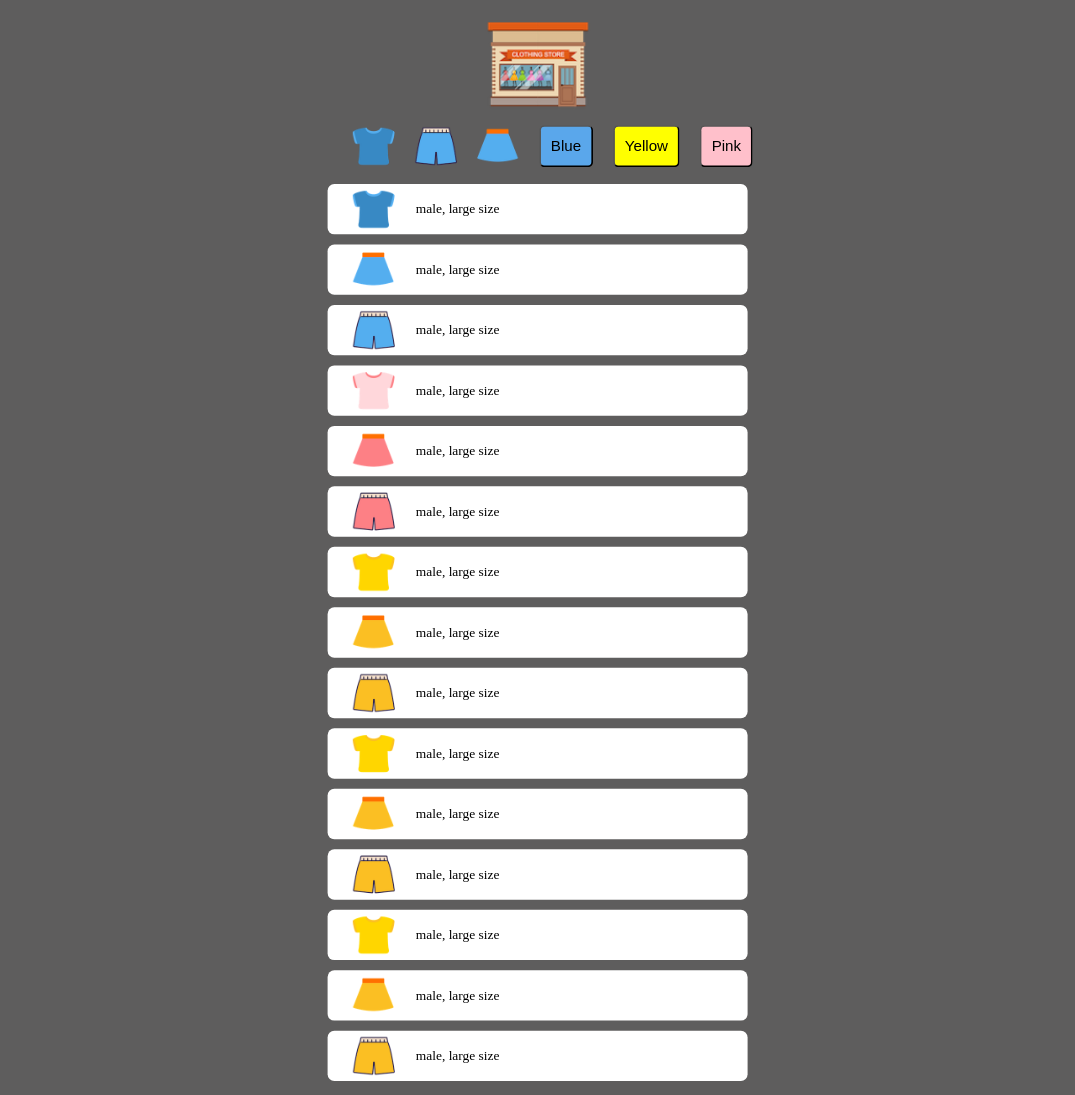
Repository: keehoonjung/Shoppingmall-Game
Page: index.html
The author's editor kept a copy of each file at every save. The page is drawn from the files as they stood at one save, then again after the next save.
The browser window is 1280 px wide. The pictures show the whole page, at 84% of full size.

Above is the page before, as saved 2021-08-12 14:48:38.

### index.html
<!DOCTYPE html>
<html lang="en">
<head>
    <meta charset="UTF-8">
    <meta http-equiv="X-UA-Compatible" content="IE=edge">
    <meta name="viewport" content="width=device-width, initial-scale=1.0">
    <title>Shoppingamll Game</title>
    <link rel="stylesheet" href="style.css">
    <script src="main.js" defer></script>
</head>
<body>
    <header>
        <img src="./imgs/logo.png" alt="header" class="header__logo">
    </header>
    <ul class="filter">
        <li class="filter__btn">
            <img src="./imgs/blue_t.png" alt="shirt" class="shirt">
        </li>
        <li class="filter__btn">
            <img src="./imgs/blue_p.png" alt="pants" class="pants">
        </li>
        <li class="filter__btn">
            <img src="./imgs/blue_s.png" alt="" class="skirt">
        </li>
        <li class="filter__btn">
            <button class="blue">
                Blue
            </button>
        </li>
        <li class="filter__btn">
            <button class="yellow">
                Yellow
            </button>
        </li>
        <li class="filter__btn">
            <button class="pink">
                Pink
            </button>
        </li>
    </ul>
    <ul class="items">
        <li class="item visible" data-type="shirt" data-color="blue">
            <img src="./imgs/blue_t.png" alt="blueshirt">
            <span>male, large size</span>
        </li>
        <li class="item visible" data-type="skirt" data-color="blue">
            <img src="./imgs/blue_s.png" alt="blueshirt">
            <span>male, large size</span>
        </li>
        <li class="item visible" data-type="pants" data-color="blue">
            <img src="./imgs/blue_p.png" alt="blueshirt">
            <span>male, large size</span>
        </li>
        <li class="item visible" data-type="shirt" data-color="pink">
            <img src="./imgs/pink_t.png" alt="blueshirt">
            <span>male, large size</span>
        </li>
        <li class="item visible" data-type="skirt" data-color="pink">
            <img src="./imgs/pink_s.png" alt="blueshirt">
            <span>male, large size</span>
        </li>
        <li class="item visible" data-type="pants" data-color="pink">
            <img src="./imgs/pink_p.png" alt="blueshirt">
            <span>male, large size</span>
        </li>
        <li class="item visible" data-type="shirt" data-color="yellow">
            <img src="./imgs/yellow_t.png" alt="blueshirt">
            <span>male, large size</span>
        </li>
        <li class="item visible" data-type="skirt" data-color="yellow">
            <img src="./imgs/yellow_s.png" alt="blueshirt">
            <span>male, large size</span>
        </li>
        <li class="item visible" data-type="pants" data-color="yellow">
            <img src="./imgs/yellow_p.png" alt="blueshirt">
            <span>male, large size</span>
        </li>
        <li class="item visible" data-type="shirt" data-color="yellow">
            <img src="./imgs/yellow_t.png" alt="blueshirt">
            <span>male, large size</span>
        </li>
        <li class="item visible" data-type="skirt" data-color="yellow">
            <img src="./imgs/yellow_s.png" alt="blueshirt">
            <span>male, large size</span>
        </li>
        <li class="item visible" data-type="pants" data-color="yellow">
            <img src="./imgs/yellow_p.png" alt="blueshirt">
            <span>male, large size</span>
        </li>
        <li class="item visible" data-type="shirt" data-color="yellow">
            <img src="./imgs/yellow_t.png" alt="blueshirt">
            <span>male, large size</span>
        </li>
        <li class="item visible" data-type="skirt" data-color="yellow">
            <img src="./imgs/yellow_s.png" alt="blueshirt">
            <span>male, large size</span>
        </li>
        <li class="item visible" data-type="pants" data-color="yellow">
            <img src="./imgs/yellow_p.png" alt="blueshirt">
            <span>male, large size</span>
        </li>
    </ul>
</body>
</html>

### style.css
* {
  box-sizing: border-box;
}

body {
  background-color: rgb(94, 93, 93);
  text-align: center;
  margin: 0;
}

ul {
  list-style: none;
}

button {
  outline: none;
  border-radius: 6px;
  display: inline-block;
  height: 50px;
  padding: 8px 12px;
  font-size: 18px;
  cursor: pointer;
}

header {
  margin-top: 20px;
}

.header__logo {
  width: 125px;
}

.filter {
  display: flex;
  justify-content: center;
  margin: 0;
  padding: 0;
  padding-left: 60px;
}

.filter__btn {
  padding-right: 24px;
}

.filter__btn img {
  height: 50px;
  cursor: pointer;
}

.blue {
  background-color: rgb(90, 167, 235);
}

.yellow {
  background-color: yellow;
}

.pink {
  background-color: pink;
}

.items {
  padding: 0;
}

.item {
  background-color: white;
  margin-bottom: 12px;
  width: 500px;
  height: 60px;
  margin: 12px auto;
  border-radius: 8px;
  display: flex;
  align-items: center;
  padding-left: 30px;
  display: none;
  overflow-y: auto;
}

.item.visible {
  display: flex;
}

.item img {
  height: 50px;
}

.item span {
  margin-left: 25px;
}

### main.js
"use strict";

const navi = document.querySelector(".filter");
const itemList = document.querySelector(".items");
const allItem = Array.from(document.querySelectorAll(".item"));

navi.addEventListener("click", (evnet) => {
  const tag = event.target.tagName;
  const targetName = event.target.classList.value;
  if (tag == "IMG") {
    const items = allItem.filter((item) => item.dataset.type == targetName);
    deleteAll();
    items.forEach((item) => {
      item.classList.add("visible");
    });
  } else if (tag == "BUTTON") {
    const items = allItem.filter((item) => item.dataset.color == targetName);
    deleteAll();
    items.forEach((item) => {
      item.classList.add("visible");
    });
  }
});

function deleteAll() {
  allItem.forEach((item) => {
    item.classList.remove("visible");
  });
}

After the next save:
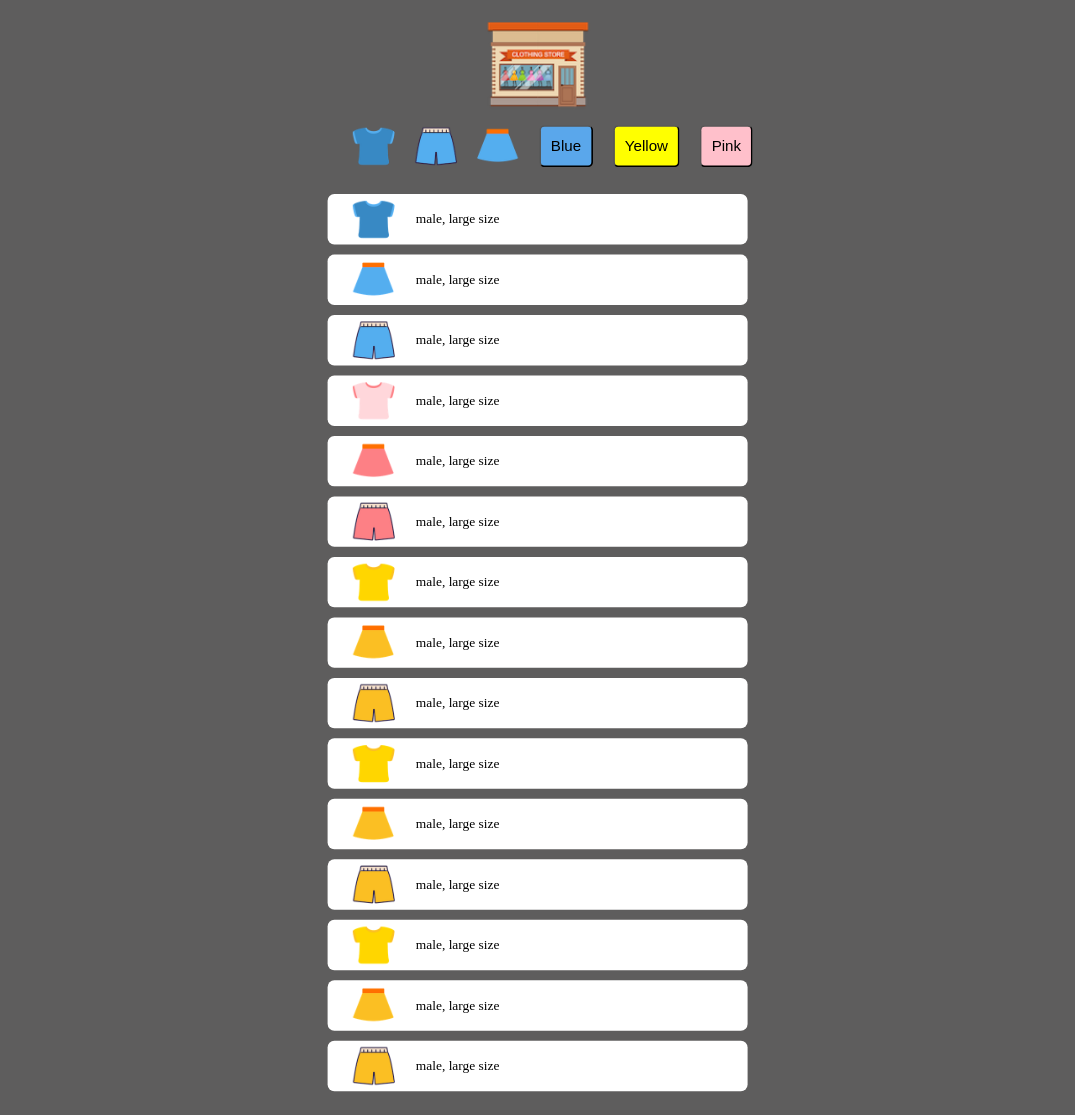
Saved 21 s later.
--- a/style.css
+++ b/style.css
@@ -61,6 +61,7 @@ header {
 
 .items {
   padding: 0;
+  overflow-y: auto;
 }
 
 .item {
@@ -74,7 +75,6 @@ header {
   align-items: center;
   padding-left: 30px;
   display: none;
-  overflow-y: auto;
 }
 
 .item.visible {
